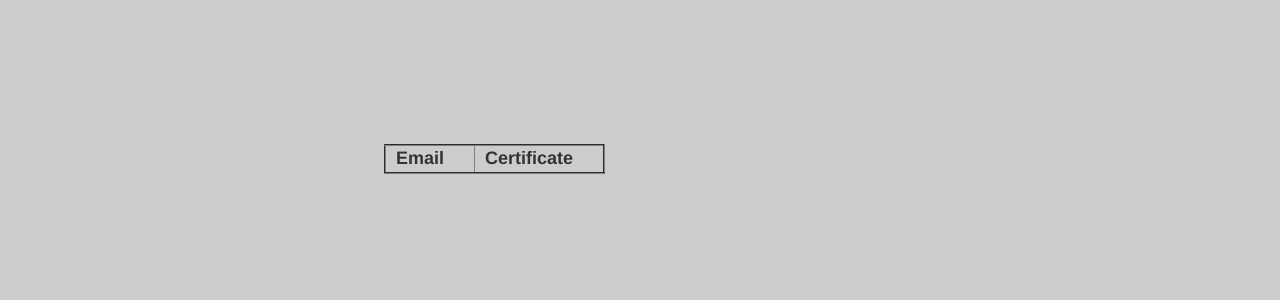
Repository: marijabroceta/ProjekatIB
Page: IB_Project_Shell/src/main/resources/static/main_page.html
The author's editor kept a copy of each file at every save. The page is drawn from the files as they stood at one save, then again after the next save.
The browser window is 1280 px wide. The pictures show the whole page.
The page's requests for data from a server got no answer.

Above is the page before, as saved 2018-06-29 15:24:37.

### IB_Project_Shell/src/main/resources/static/main_page.html
<!DOCTYPE html>
<html>
<head>
	<title>Main</title>
	<script src="js/jquery-2.1.4.min.js"></script>
	<link rel="stylesheet" type="text/css" href="bootstrap/css/bootstrap.min.css"/>
    <script src="bootstrap/js/bootstrap.min.js"></script>
    <link rel="stylesheet" type="text/css" href="css/main_page.css">
    <script src="js/main_page.js" type="text/javascript"></script>
</head>
<body>
	<div id="table">
		<table id="users_table" border="2">
			<tr>
				<th>Email</th>
				<th>Certificate</th>
			</tr>
		</table>
	</div>
</body>
</html>

### IB_Project_Shell/src/main/resources/static/css/main_page.css
#table{
	position: absolute;
    top: 20%;
    left: 30%;
    right: 30%;
    bottom: 20%;
    font-size: 18px;
}

th{
	padding-right: 30px;
	padding-left: 10px;
}

body {
    text-align: center;
    background: #ccc;
}

### IB_Project_Shell/src/main/resources/static/js/main_page.js
$(document).ready(function(){

	get_users();

});

function table_header(){
	var table = $('#users_table');
	table.empty();
	table.append('<tr>'+
					'<th>Email</th>'+
					'<th>Certificate</th>'+
				'</tr>');
}

function get_users(){
	var token = localStorage.getItem("token");
	console.log(token);

	$.ajaxSetup({
		beforeSend : function(xhr) {
            xhr.setRequestHeader("Accept", "application/json");
            xhr.setRequestHeader("Content-Type", "application/json");
            xhr.setRequestHeader("Access-Control-Allow-Origin", "/api/users/*");
            xhr.setRequestHeader("Authorization", "Bearer " + token);

            console.log(xhr.getResponseHeader("Authorization"));
        }
	});

	$.ajax({
		url:'https://localhost:8443/api/users',
		//headers:{"Authorization" :"Bearer" + token},
		type: 'GET',
		dataType:'json',
		crossDomain: true,

		success:function(response){
			table_header();
			var table = $('#users_table');
			for(var i=0; i<response.length; i++) {
				user = response[i];
				console.log(user.email);
				table.append('<tr class="data">'+
								'<td>'+user.email+'</td>'+
								'<td><button class="btn btn-default">Download</button></td>'+
							'</tr>');
			}
		}
	});
}

Loaded but not shown: IB_Project_Shell/src/main/resources/static/js/jquery-2.1.4.min.js (library); IB_Project_Shell/src/main/resources/static/bootstrap/css/bootstrap.min.css (library); IB_Project_Shell/src/main/resources/static/bootstrap/js/bootstrap.min.js (library)

After the next save:
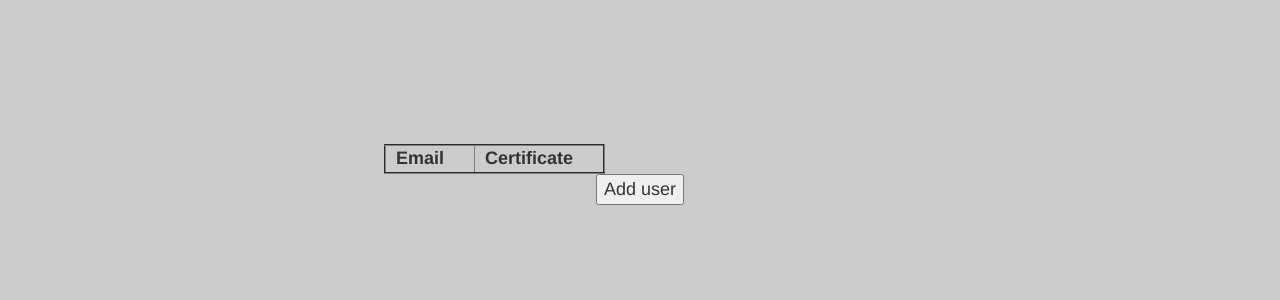
Saved 17 min 20 s later.
--- a/IB_Project_Shell/src/main/resources/static/main_page.html
+++ b/IB_Project_Shell/src/main/resources/static/main_page.html
@@ -16,6 +16,7 @@
 				<th>Certificate</th>
 			</tr>
 		</table>
+		<button id="add_user">Add user</button>
 	</div>
 </body>
 </html>
